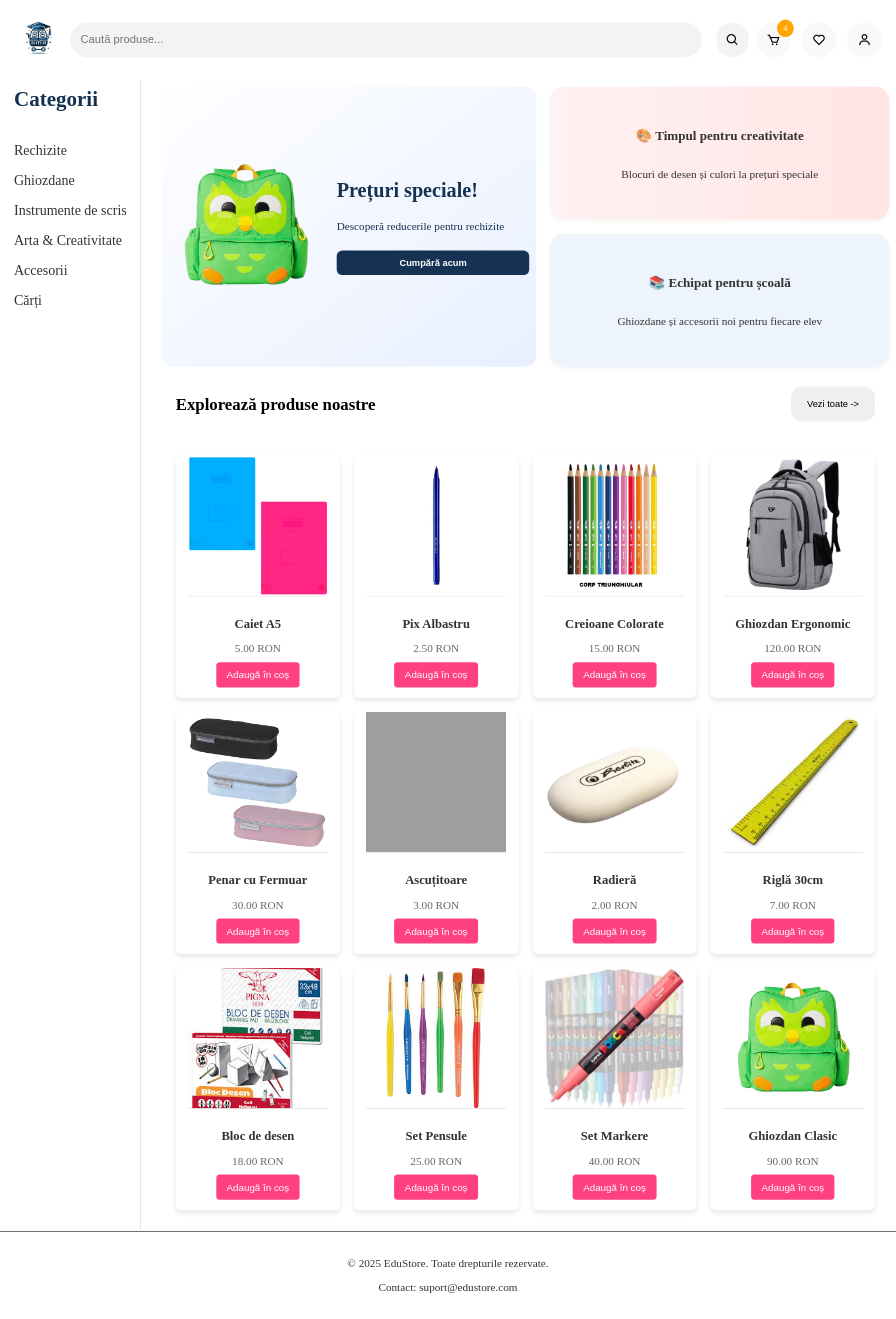
Repository: Roxana5504/WebDev-Project
Page: frontend/index.html
These files come from the project's save history. The page is drawn as it stood at one moment and after the next save; the edit follows.
The browser window is 1280 px wide. The pictures show the whole page, at 70% of full size.
Pictures or frames that could not be fetched are drawn as grey boxes.

Above is the page before, as saved 2025-04-23 17:22:02.

After the next save:
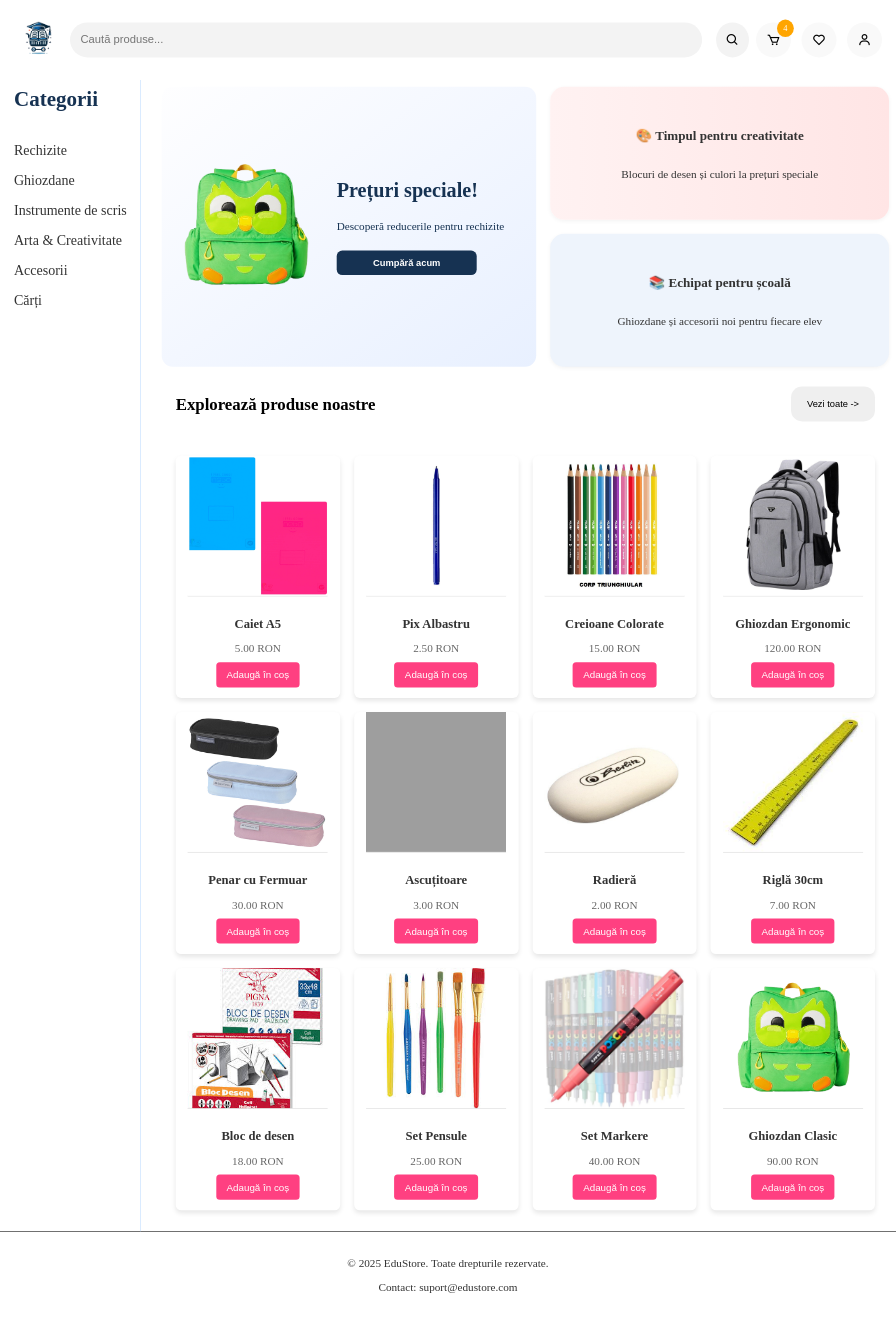
Saved 9 s later.
--- a/frontend/styles.css
+++ b/frontend/styles.css
@@ -297,6 +297,7 @@ body {
 
 .buy-now-btn {
   background-color: rgb(22, 50, 82);
+  max-width: 200px;
   color: white;
   border: none;
   padding: 10px 16px;
